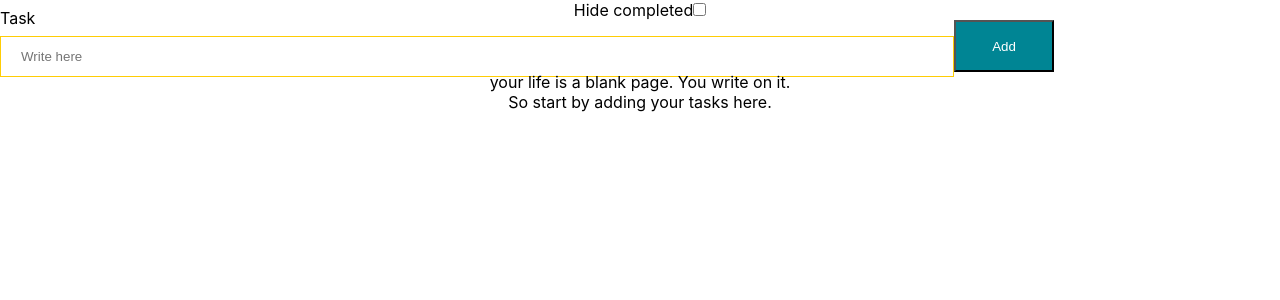
Repository: ArusyakAghajanyan/ToDoMamble
Page: /
The author's editor kept a copy of each file at every save. The page is drawn from the files as they stood at one save, then again after a run of saves.
The browser window is 1280 px wide. The pictures show the whole page.
The project was rebuilt for these pictures with package versions that can differ from the ones it lists, and the page was loaded fresh each time. Also part of the build but not shown: src/components/ToDoItem.jsx, src/components/confirm.css, src/components/Confirm.jsx.

Above is the page before, as saved 2022-05-23 12:35:50.

### src/App.js

import './App.css';
import AddItem from './components/AddItem';
import ToDoList from './components/ToDoList';
import Confirm from './components/Confirm';
import {useState,useEffect} from 'react'


function App() {
  const [todo, setTodo]=useState([]);
  const [filteredTodo,setFilteredTodo]=useState([]);
  const [modal, setModal] = useState(false);
const [confirmStatus, setConfirmStatus] = useState(false);
  const [deleteItem, setDeletItem] = useState({});

  function modalStatus(status, item){
    console.log(status, item);
    setModal(status);
    setDeletItem(item);

  }
  function confirmDelete(status){
    console.log("deletestatus=", status);
    if(status === "no") {
      setConfirmStatus(false);
      setModal(false);
    }else if (status === "yes"){
      setConfirmStatus(true);
      setModal(false)
    }
  }
  function filter(check){
    if(check){
      setFilteredTodo(todo.filter(td => td.isCompleted))
    }else{
      setFilteredTodo([]);
    }
  }

  useEffect(()=>{
    console.log("confirmStatus=", confirmStatus);
    if(confirmStatus){
      setTodo(todo.filter(value => value.id !== deleteItem.id));
      setDeletItem({});
    }
    setConfirmStatus(false);
      console.log(modal);

  },[confirmStatus])

useEffect(() => {
  let todos;
  let storageData = localStorage.getItem("todos");
  if(storageData !== "undefined"){
    todos = JSON.parse(storageData);
  }
  if(todos) setTodo(todos);
}, [])

useEffect(() => {
 if(todo.length > 0) localStorage.setItem("todos",JSON.stringify(todo))
 if(todo.length == 0) localStorage.clear();
}, [todo])

  return (
    <div className="App">
      <label htmlFor="filter">
      Hide completed
      <input id="filter" type="checkbox" onChange={(e)=>{
      filter(e.target.checked)
      }} />
      </label>
      <AddItem onAdd={(text)=>{
        setTodo([{
          id:Math.random(),
          text:text,
          isCompleted:false
        },...todo])
      }}/>
      <ToDoList
      todo={filteredTodo.length > 0 ? todo.filter(td => !td.isCompleted):todo}
      modalStatus={modalStatus}
      onChange={(newItem)=>{
      setTodo(todo.map(td=>{
        if(td.id==newItem.id){
          return newItem
        }
        return td
      }))
      }}
      />
       { modal && <Confirm confirmDelete={confirmDelete} modalStatus={modalStatus}/>}
    </div>
  );
}

export default App;

### src/components/AddItem.jsx
import {React, useState, useEffect, useRef} from 'react'
import './addItem.css'

export default function AddItem({onAdd}) {
    const [text, setText] = useState("");
    const[errorMes,setErrorMes] = useState("");
    const inputText = useRef(0);
    let validText = "";
    useEffect(() => {
        inputText.current.addEventListener("keyup",(e)=>{
            let id=setTimeout(()=>{
            validText = e.target.value;
            if(validText.length >= 54 ){
             setErrorMes("Task content can contain max 54 characters.")
            } else {
                setErrorMes("");
                setText(validText);
            }
            },1000);
            return () => clearTimeout(id)
        })
    }, [text])

    return (

      <form
      className="formTask"
      onSubmit={(e)=>{
          e.preventDefault();
          if(errorMes==="" && text !=="") onAdd(text);
          if(errorMes==="") setText("");
      }}>
      <div id="formDiv">
       <div className="inputDiv">
            <label className="taskLabel" htmlFor="inputText"> Task
            </label>
            <input
            id="inputText"
            type="text"
            style={errorMes ? {borderColor: 'red'} : {borderColor:'#FFCD04'}}
            ref= {inputText}
             value={text}
             placeholder="Write here"
            onChange={(e)=>{
            setText(e.target.value)
            }}/>
            <p>{errorMes}</p>
            </div>
        <div className="formBut">
            <button className="addbut">Add</button>
                   </div>
            </div>
         </form>

    )
}

### src/components/ToDoList.jsx
import React from 'react';
import ToDoItem from './ToDoItem'

export default function ToDoList({todo,modalStatus,onChange}) {
    return (
        <div>
           {todo && todo.length > 0 ? todo.map(item=>{
               return (
<ToDoItem
key={item.id}
item = {item}
modalStatus={modalStatus}
onChange={onChange}
/>
               )
           }):
            <>
            <p>your life is a blank page. You write on it.</p>
            <p>So start by adding your tasks here.</p>
            </>
        }
        </div>
    )
}

### src/components/addItem.css
*{
    margin: 0;
    padding: 0;
    box-sizing: border-box;
}
.addbut{
    background-color: #008594;
    color: #FFFFFF;
    width: 100px;
    height: 52px;
    mar

}
#formDiv{
    display: flex;
    justify-content: row;
    align-items: center;
    height: 52px;


}
#inputText{
    position: center;
    width: 954px;
    padding: 12px 20px;
    margin: 8px 0;
    border: 1px solid #FFCD04;
    outline: none;



}
.formBut{

}
#inputText:hover{
    border: 1px solid rgb(90, 10, 90)
}
.taskLabel{

    float: left;

}
.formTask{
    width: 954px;
}

### src/components/toDoItem.css
*{
   margin: 0;
   padding: 0;
   box-sizing: border-box;
}

Loaded but not shown: public/index.html (common file); src/index.js (common file); src/index.css (common file); src/reportWebVitals.js (common file); src/App.css (common file)

After the next 2 saves:
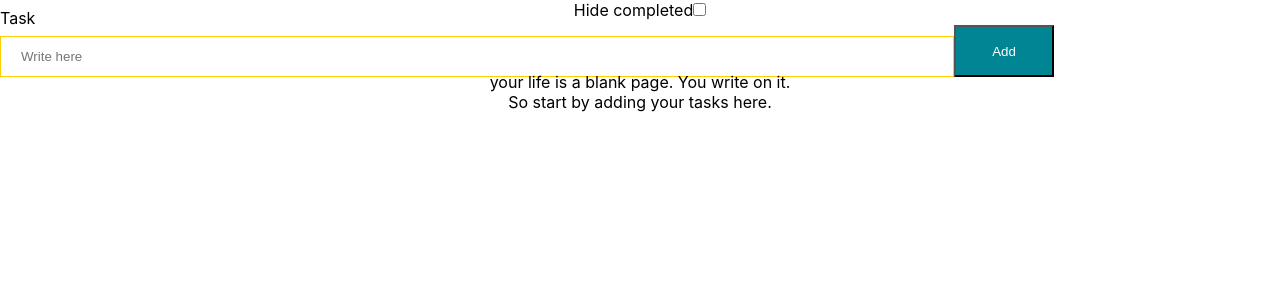
The 2 saves are shown as one change because they came seconds apart.
The last was saved 8 s later.
--- a/src/components/addItem.css
+++ b/src/components/addItem.css
@@ -8,7 +8,7 @@
     color: #FFFFFF;
     width: 100px;
     height: 52px;
-    mar
+    margin-top: 10px;
 
 }
 #formDiv{
